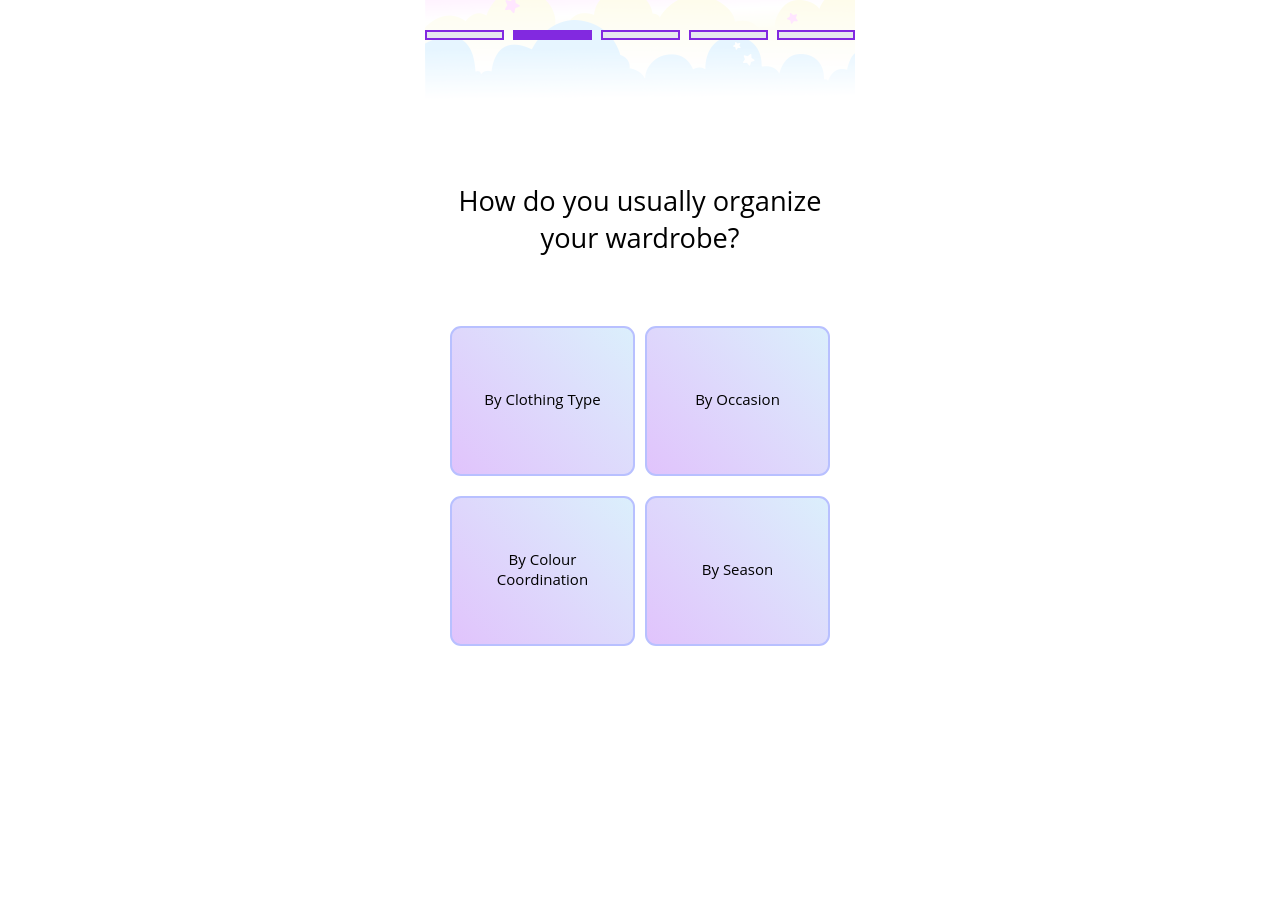
Repository: navnneett/clotho
Page: /QuestionFour
An editor plug-in stored every save of this project. The page is shown before and after the next save, followed by the edit.
The browser window is 1280 px wide. The pictures show the whole page.
The project was rebuilt for these pictures with package versions that can differ from the ones it lists, and the page was loaded fresh each time. The framework's server and built-in components were replaced by stand-ins that run in the browser. Also part of the build but not shown: next.config.js, next.config.mjs, components/Button/Button.module.css, components/Button/index.js.

Above is the page before, as saved 2024-05-04 16:44:33.

After the next save:
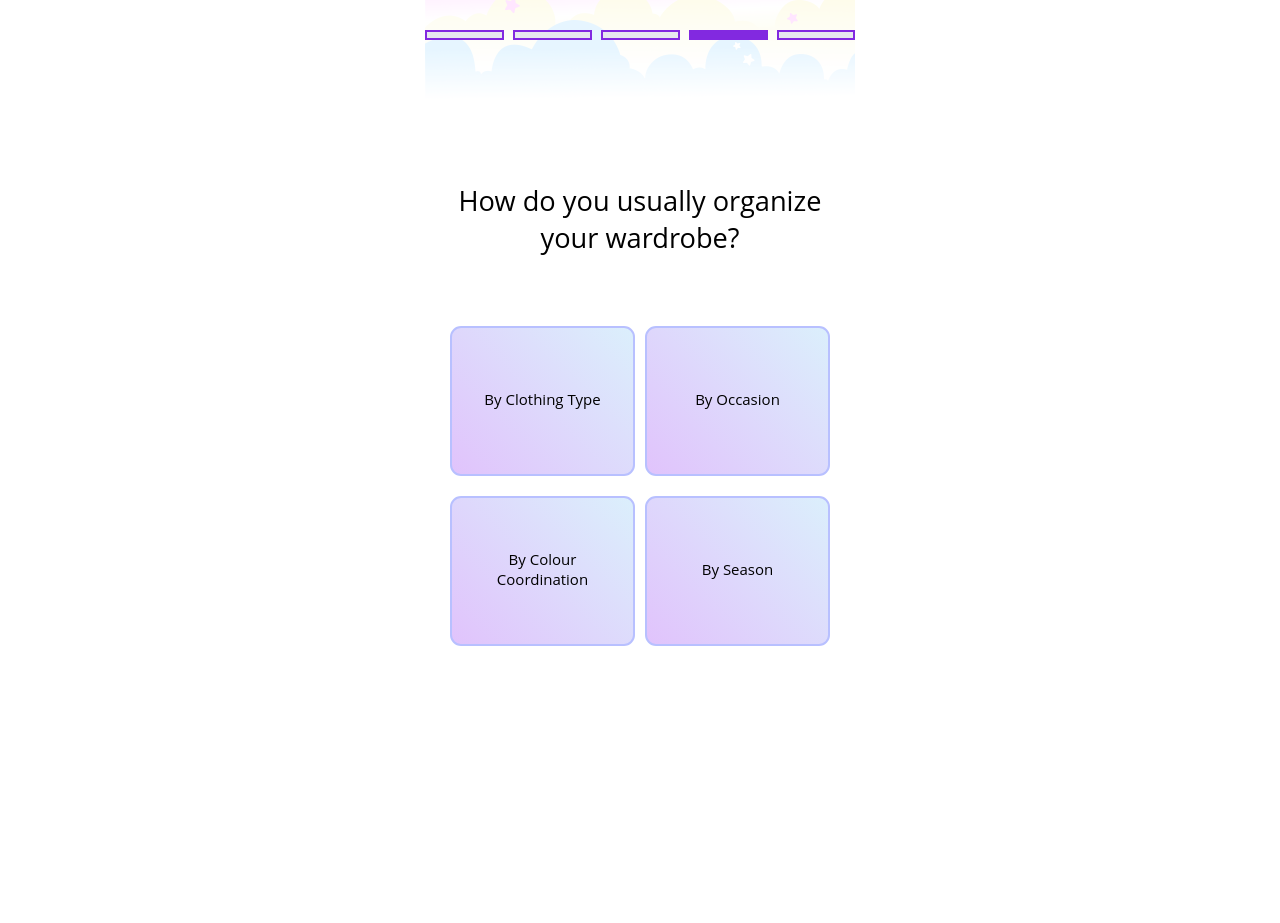
Saved 13 s later.
--- a/pages/QuestionFour.js
+++ b/pages/QuestionFour.js
@@ -21,7 +21,7 @@ export default function QuestionFour({ onNextQuestion }) {
     return (
         <div className={styles.mainContainer}>
             <Image
-                src="/images/quiz/Progress Indicator-1.png"
+                src="/images/quiz/Progress Indicator-3.png"
                 alt="Progress Indicator"
                 width={430}
                 height={10}
